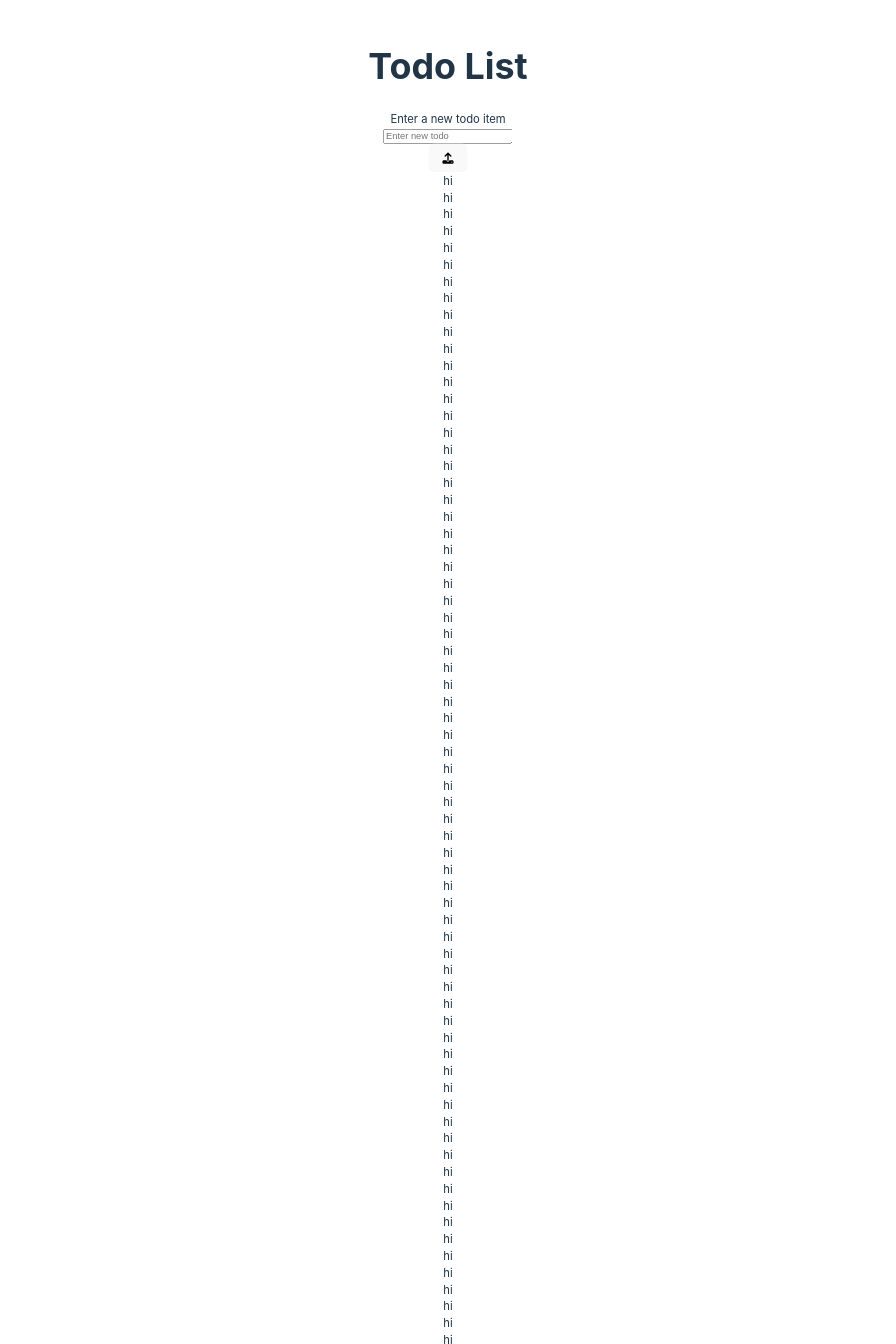
Repository: sinchana-P/rtk-query-todo
Page: /
An editor plug-in stored every save of this project. The page is shown before and after the next save, followed by the edit.
The browser window is 1280 px wide. The pictures show the part of the page from y = 0 to 1920 px (the page is 5078 px tall before and 720 px after), at 70% of full size.
The project was rebuilt for these pictures with package versions that can differ from the ones it lists, and the page was loaded fresh each time. Requests to the local data server were answered from the project's data file. Also part of the build but not shown: vite.config.js.

Above is the page before, as saved 2023-11-29 07:47:55.

After the next save:
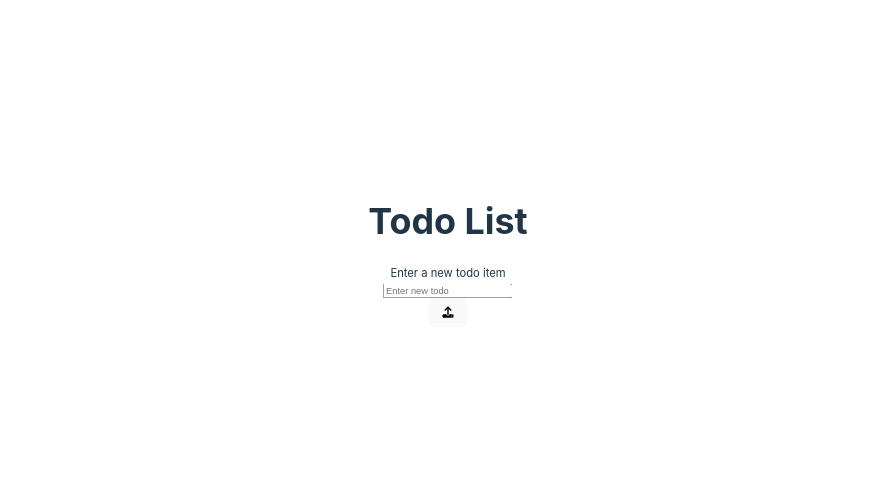
Saved 4 s later.
--- a/src/features/todos/TodoList.jsx
+++ b/src/features/todos/TodoList.jsx
@@ -78,7 +78,7 @@ const TodoList = () => {
             return (
                 <article key={todo.id}>
                     <div>
-                        hi
+
                     </div>
                 </article>
             )
